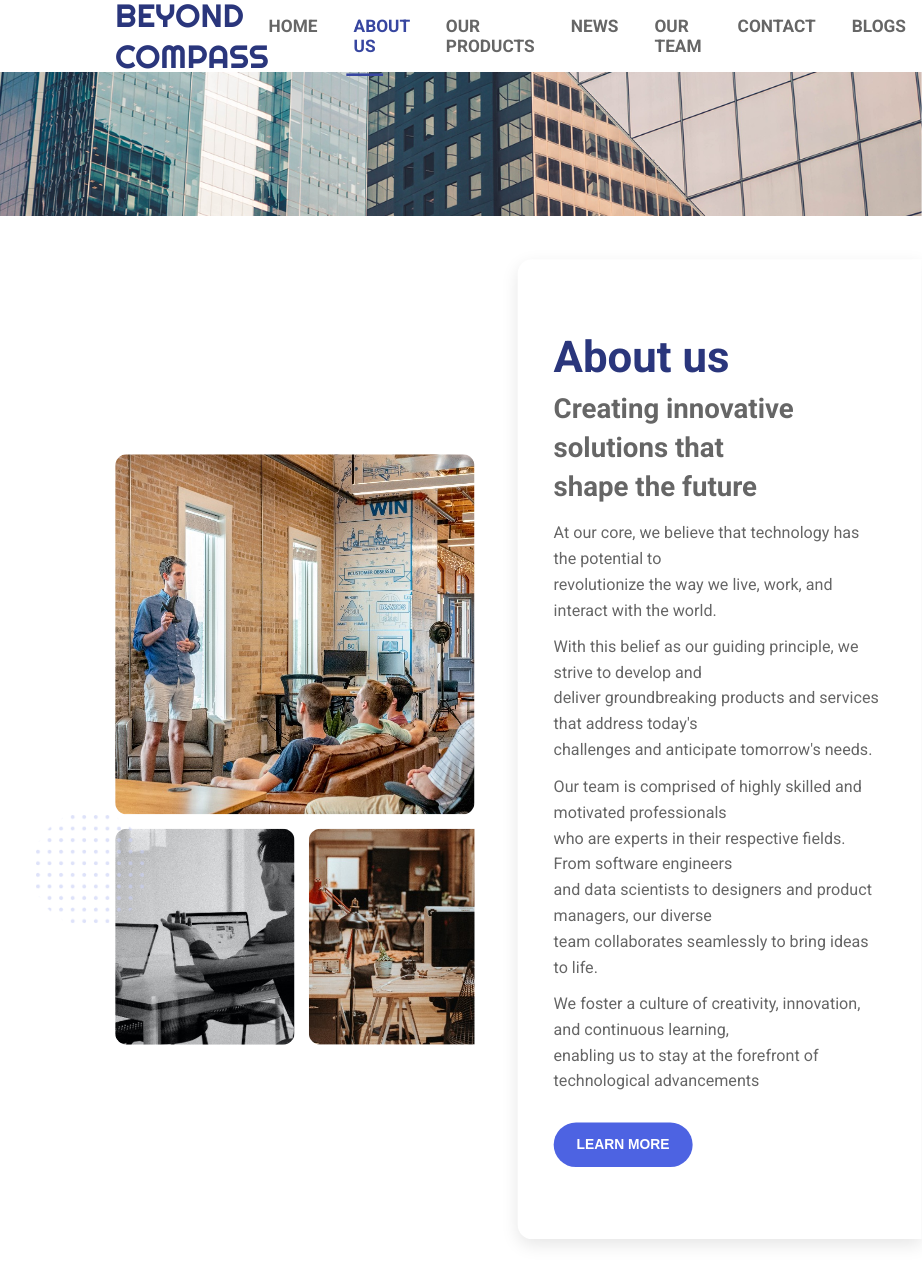
Repository: trunghau06/baitapRn
Page: pages/about.html
The author's editor kept a copy of each file at every save. The page is drawn from the files as they stood at one save, then again after the next save.
The browser window is 1280 px wide. The pictures show the whole page, at 72% of full size.

Above is the page before, as saved 2025-10-09 22:05:08.

After the next save:
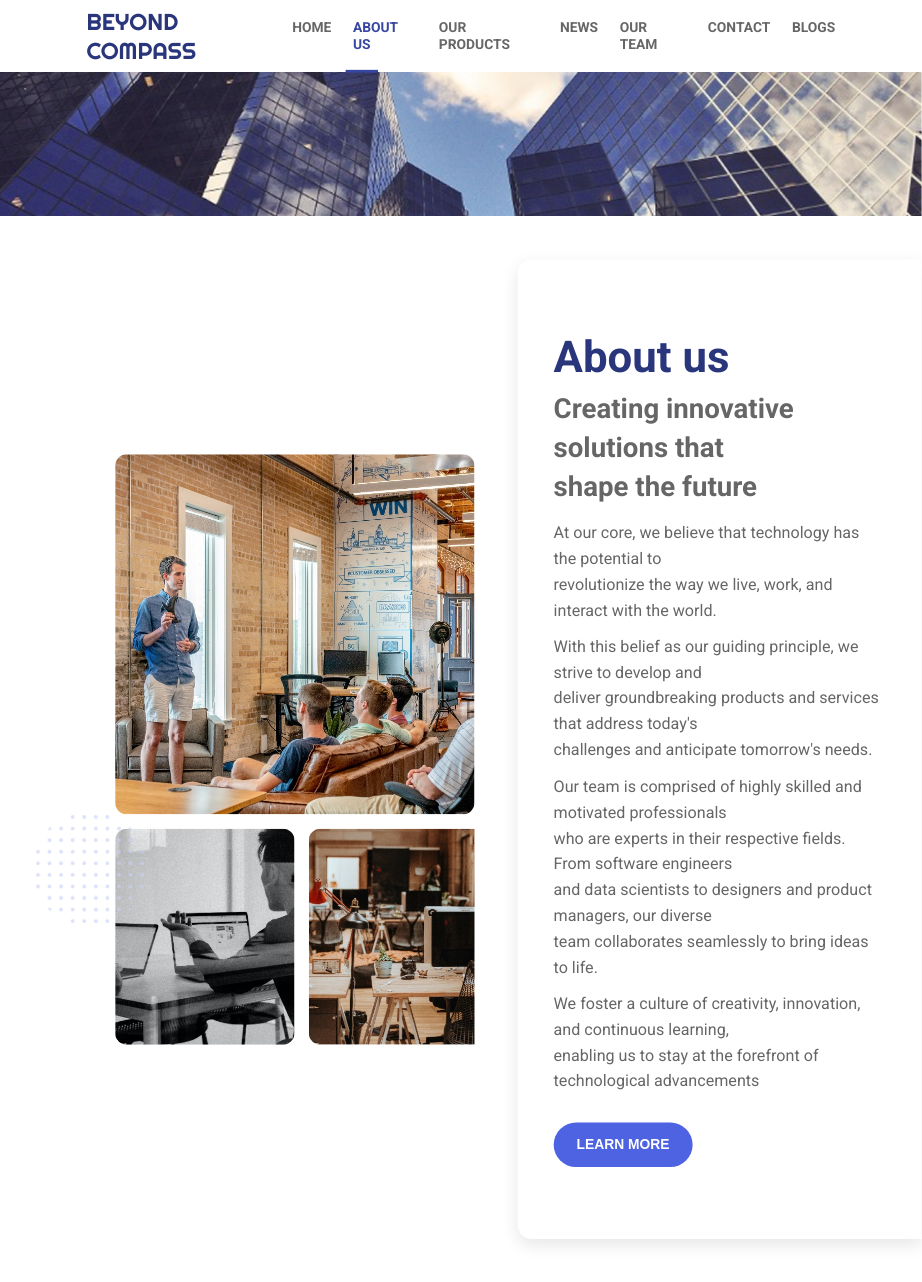
Saved 20 s later.
--- a/style/about.css
+++ b/style/about.css
@@ -17,7 +17,7 @@ body {
     left: 0;
     width: 100%;
     margin: 0 auto;
-    padding: 0 100px;
+    padding: 0 60px;
     display: flex;
     justify-content: space-between;
     align-items: center;
@@ -31,7 +31,7 @@ body {
 .logo {
     font-family: 'Righteous', Arial, sans-serif;
     color: #2A367C;
-    font-size: 2.8em;
+    font-size: 2em;
     font-weight: 400;
     padding-left: 60px;
 }
@@ -40,14 +40,14 @@ body {
 nav ul {
     list-style: none;
     display: flex;
-    gap: 50px;
+    gap: 30px;
     padding-right: 60px;
 }
 
 nav ul li a {
     text-decoration: none;
     color: #666666;
-    font-size: 1.5em;
+    font-size: 1.2em;
     font-weight: 700;
     padding-bottom: 28px;
     font-family: 'Roboto', Arial, sans-serif;
@@ -78,7 +78,7 @@ nav ul li a.active::after {
     margin-top: 100px;
     width: 100%;
     height: 200px;
-    background-image: url('../Images/anhHeader_2.png');
+    background-image: url('../Images/anhHeader.png');
     background-size: cover;
     background-position: center;
 }
